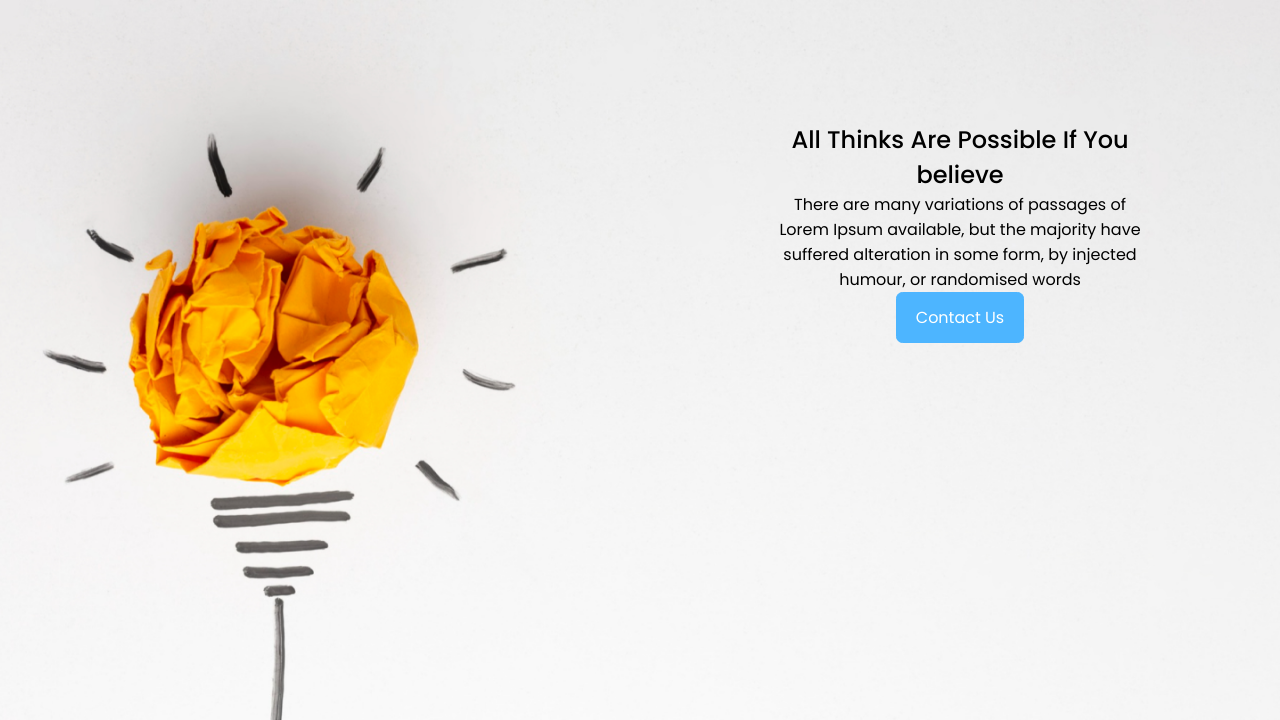
Repository: mdrubel02/new-year-new-mission
Page: index.html
An editor plug-in stored every save of this project. The page is shown before and after the next save, followed by the edit.
The browser window is 1280 px wide. The pictures show the whole page.

Above is the page before, as saved 2023-01-06 22:21:31.

### index.html
<!DOCTYPE html>
<html lang="en">
<head>
    <meta charset="UTF-8">
    <meta http-equiv="X-UA-Compatible" content="IE=edge">
    <meta name="viewport" content="width=device-width, initial-scale=1.0">
    <title>new-year-new-mission</title>
    <!-------- css link ---------->
    <link rel="stylesheet" href="/index.css">
</head>
<body>
    <header>
        <!--------- banner section --------->
        <section class="banner_section ">
                <div class="banner">
                    <h1>All Thinks Are Possible If You believe</h1>
                    <p>There are many variations of passages of Lorem Ipsum available, but the majority have suffered alteration in some form, by injected humour, or randomised words</p>
                    <a href="" class="btn btn-primary">Contact Us</a>
                </div>
        </section>
    </header>
</body>
</html>

### index.css
/* =====GOOGLE FONTS====== */
@import url('https://fonts.googleapis.com/css2?family=Poppins:wght@300;400;500;600&display=swap');

/* =====COMMON STYLES====== */
* {
    margin: 0;
    padding: 0;
    border: 0;
    outline: 0;
    list-style: none;
    text-decoration: none;
}

body {
    font-family: 'Poppins', sans-serif;
}

h1,
h2,
h3,
h4,
h5,
h6 {
    font-weight: 500;
}

.container {
    max-width: 1200px;
    margin: 0 auto;
    padding: 0 30px;
    box-sizing: border-box;
}

a {
    color: #fff;
    transition: all 400ms ease;
}

a:hover {
    color: #fff;
}

.btn {
    text-align: center;
    width: max-content;
    display: inline-block;
    color: #fff;
    padding: 0.75rem 1.2rem;
    border-radius: 0.4rem;
    border: 1px solid #4db5ff;
    transition: all 400ms ease;
}

.btn:hover {
    background: #fff;
    color: #4db5ff;
    border: 1px solid #4db5ff;
}

.btn-primary {
    background: #4db5ff;
    color: #fff;
}

/* ========= Banner section ============== */
.banner_section{
    background-image: url(/images/banner/banner1.png);
    background-repeat: no-repeat;
    background-size: cover;
    background-position: center center;
    height: 100vh;
    width: 100%;
    position: relative;
    z-index: 1;
    display: flex;
    flex-direction: column;
    justify-content: center;
    align-items: flex-end;
    text-align: center;
}
.banner{
    width: 30%;
   margin-top: -20%;
   position: absolute;
   right: 10%;
}

After the next save:
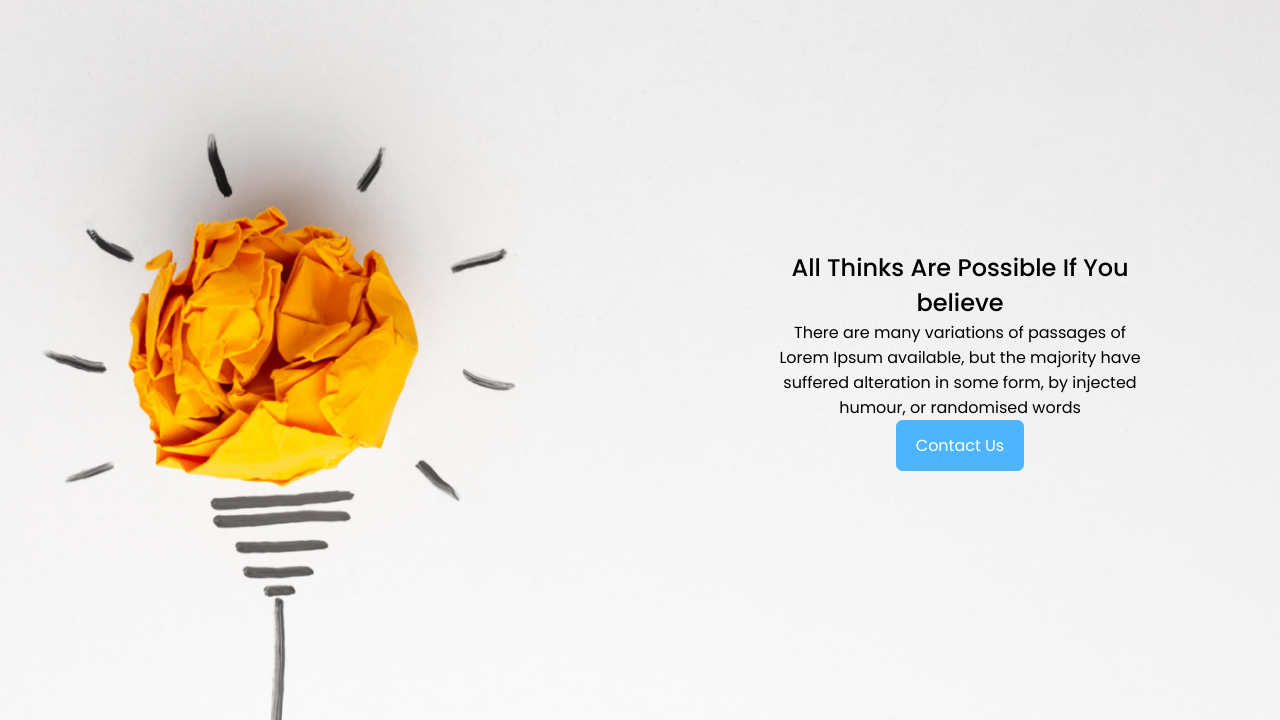
Saved 9 s later.
--- a/index.css
+++ b/index.css
@@ -80,7 +80,7 @@ a:hover {
 }
 .banner{
     width: 30%;
-   margin-top: -20%;
+   margin-top: -0%;
    position: absolute;
    right: 10%;
 }
